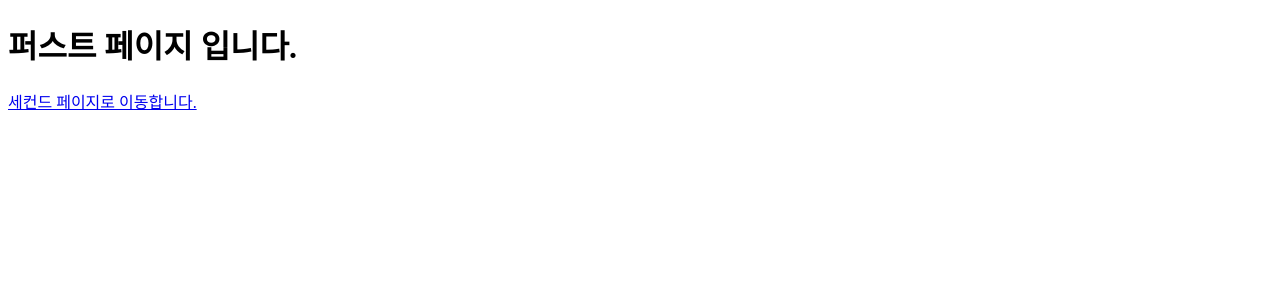
Repository: YooMyeongSeon/JSP_Servlet_Study
Page: http://localhost/web03/Ex_FistPage.jsp
These files come from the project's save history. The page is drawn as it stood at one moment and after the next save; the edit follows.
The browser window is 1280 px wide. The pictures show the whole page.
The page is served by Tomcat 9.

Above is the page before, as saved 2022-06-08 03:23:43.

### web03/WebContent/Ex_FistPage.jsp
<%@ page language="java" contentType="text/html; charset=UTF-8"
    pageEncoding="UTF-8"%>
<!DOCTYPE html>
<html>
<head>
<meta charset="UTF-8">
<title>Insert title here</title>
</head>
<body>
	<h1>퍼스트 페이지 입니다.</h1>
	<a href="./Ex_SecondPage.jsp">세컨드 페이지로 이동합니다.</a><br>
</body>
</html>

After the next save:
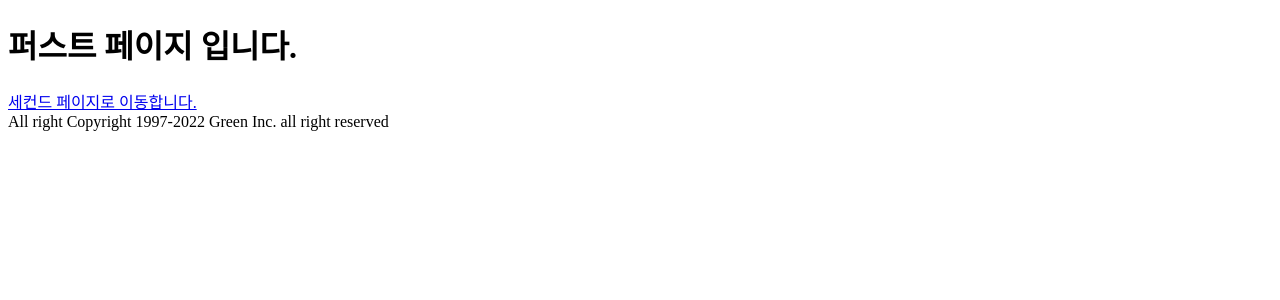
Saved 14 min 54 s later.
--- a/web03/WebContent/Ex_FistPage.jsp
+++ b/web03/WebContent/Ex_FistPage.jsp
@@ -9,5 +9,8 @@
 <body>
 	<h1>퍼스트 페이지 입니다.</h1>
 	<a href="./Ex_SecondPage.jsp">세컨드 페이지로 이동합니다.</a><br>
+	<footer>
+		All right Copyright 1997-2022 Green Inc. all right reserved<br>
+	</footer>
 </body>
 </html>
